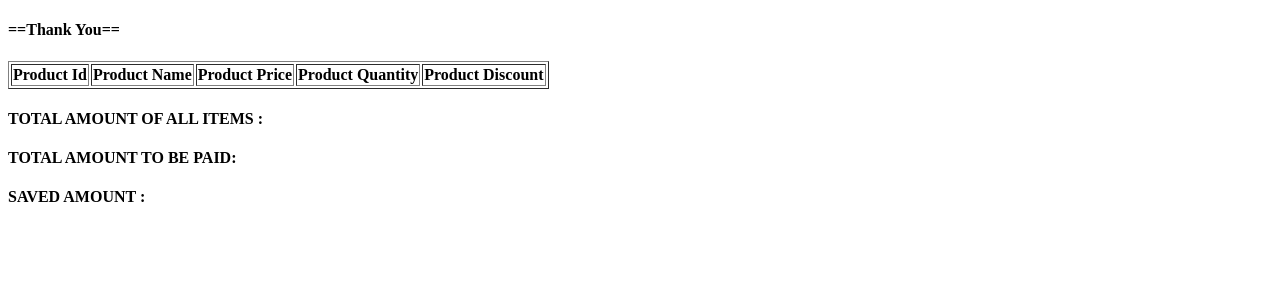
Repository: palakbari/Spring-MVC
Page: http://localhost/ShoppingSystem/display_bill.jsp
An editor plug-in stored every save of this project. The page is shown before and after the next save, followed by the edit.
The browser window is 1280 px wide. The pictures show the whole page.
The page is served by Tomcat 9. Other server files are loaded and not shown. The template is opened directly, without the code that normally fills it, so the values that code supplies are empty.

Above is the page before, as saved 2024-06-25 14:51:28.

### ShoppingSystem/src/main/webapp/display_bill.jsp
<%@ page language="java" contentType="text/html; charset=ISO-8859-1"
    pageEncoding="ISO-8859-1"%>
<%@ taglib uri="http://java.sun.com/jsp/jstl/core" prefix="c"%>
<!DOCTYPE html>
<html>
<head>
<meta charset="ISO-8859-1">
<title>Bill</title>
</head>
<body>
	<h4>==Thank You==</h4>
        <table border = 1>
            <tr>
                <th>Product Id</th>
                <th>Product Name</th>
                <th>Product Price</th>
                <th>Product Quantity</th>
                <th>Product Discount</th>
            </tr>
            <c:forEach var="cart" items="${list}">
                <tr>
                    <td>${cart.pro_id}</td>
                    <td>${cart.pro_name}</td>
                    <td>${cart.pro_price}</td>
                    <td>${cart.pro_quantity}</td>
                    <td>${cart.pro_discount}</td>
                </tr>
            </c:forEach>
        </table>
	<h4>TOTAL AMOUNT OF ALL ITEMS :  ${Amount_list} </h4>
	<h4>TOTAL AMOUNT TO BE PAID:  ${Discount_list} </h4>
	<h4>SAVED AMOUNT :  ${Saved_list} </h4>

	<%-- <form action="payment">
		<input type="hidden" name="discount_amt" value="${Discount_list}"/>
		<input type="submit" value="Move to Payment"/>
	</form>  --%>

</body>
</html>

After the next save:
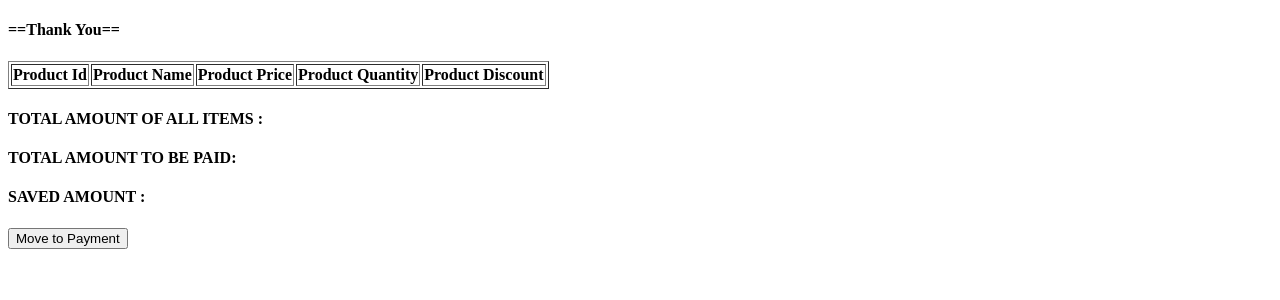
Saved 37 s later.
--- a/ShoppingSystem/src/main/webapp/display_bill.jsp
+++ b/ShoppingSystem/src/main/webapp/display_bill.jsp
@@ -31,10 +31,10 @@
 	<h4>TOTAL AMOUNT TO BE PAID:  ${Discount_list} </h4>
 	<h4>SAVED AMOUNT :  ${Saved_list} </h4>
 
-	<%-- <form action="payment">
+	<form action="payment">
 		<input type="hidden" name="discount_amt" value="${Discount_list}"/>
 		<input type="submit" value="Move to Payment"/>
-	</form>  --%>
+	</form>
 
 </body>
 </html>
